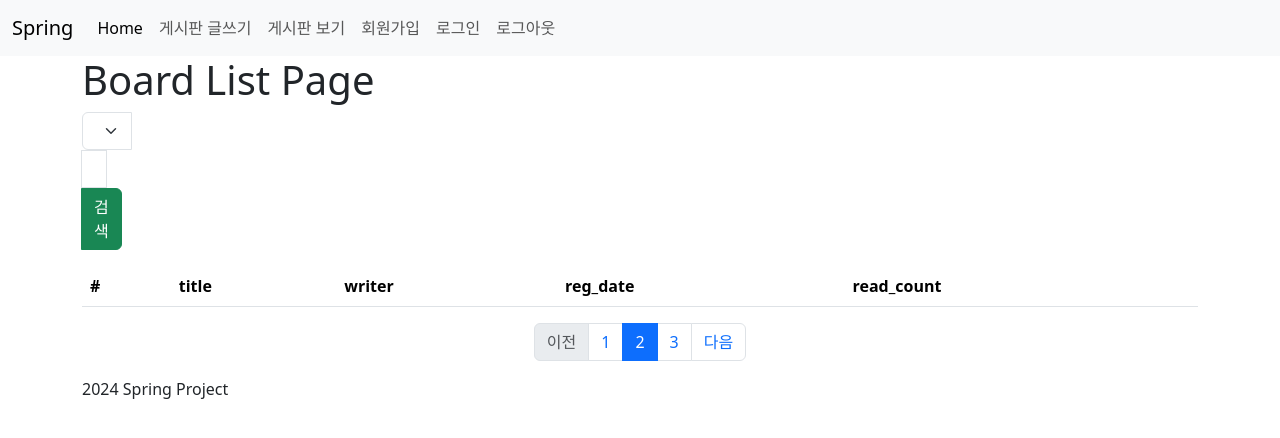
Repository: havanara/240423_SPRING_Project
Page: http://localhost/spring_study/WEB-INF/views/board/list.jsp
These files come from the project's save history. The page is drawn as it stood at one moment and after the next save; the edit follows.
The browser window is 1280 px wide. The pictures show the whole page.
The page is served by Tomcat 9. Nobody is signed in. The template is opened directly, without the code that normally fills it, so the values that code supplies are empty.

Above is the page before, as saved 2024-04-24 08:50:55.

After the next save:
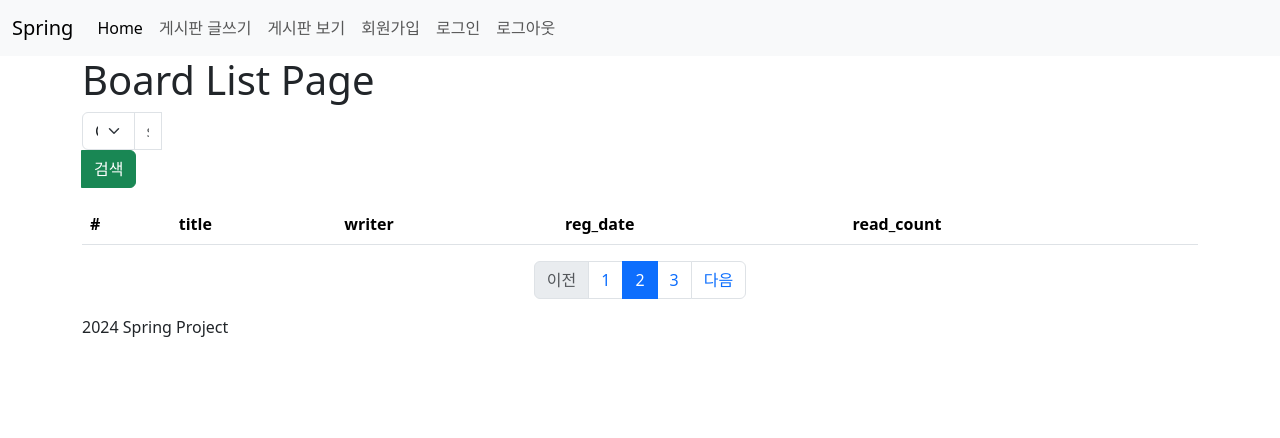
Saved 5 s later.
--- a/spring_study/src/main/webapp/WEB-INF/views/board/list.jsp
+++ b/spring_study/src/main/webapp/WEB-INF/views/board/list.jsp
@@ -9,7 +9,7 @@
 
 	<!-- 검색 라인 -->
 	<form action="">
-		<div class="input-group mb-3" style="width: 10px;">
+		<div class="input-group mb-3" style="width: 80px;">
 			<select class="form-select" aria-label="Default select example">
 			  <option selected>Choose...</option>
 			  <option value="title">title</option>
